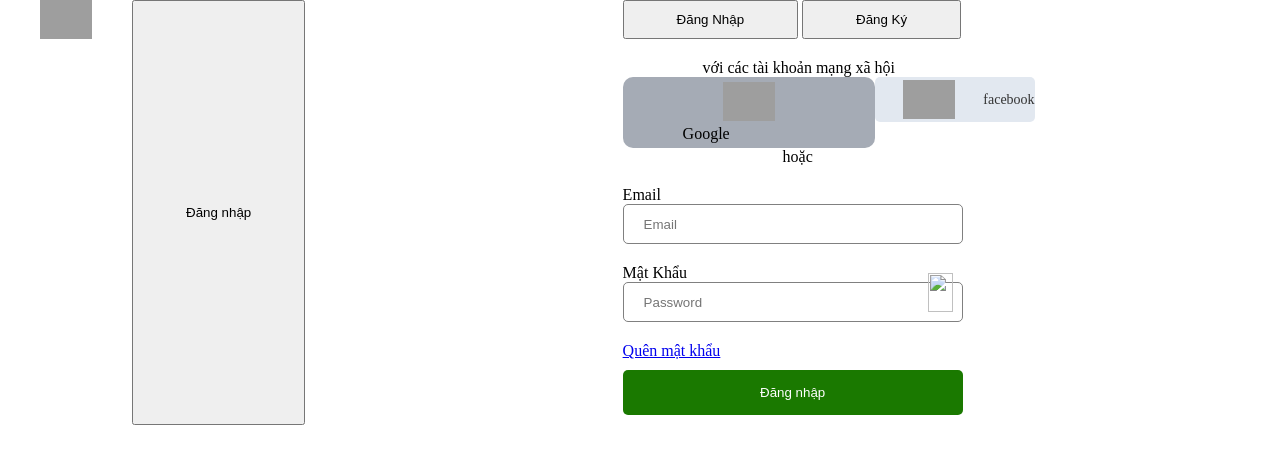
Repository: Dongnguyen318/Quydong
Page: Day 23/index.html
The author's editor kept a copy of each file at every save. The page is drawn from the files as they stood at one save, then again after the next save.
The browser window is 1280 px wide. The pictures show the whole page.
Pictures or frames that could not be fetched are drawn as grey boxes.

Above is the page before, as saved 2023-09-08 20:14:59.

### Day 23/index.html
<!DOCTYPE html>
<html lang="en">
  <head>
    <meta charset="UTF-8" />
    <meta name="viewport" content="width=device-width, initial-scale=1.0" />
    <title>Document</title>
    <link rel="stylesheet" href="./assets/css.css" />
  </head>
  <body>
    <!-- header -->

    <header>
      <div>
        <img
          src="https://cdnweb.dantri.com.vn/dist/static-logo.1-0-1.742f36bc45f3443d0e59.svg"
          alt=""
        />
      </div>
      <button class="btn">Đăng nhập</button>
      <div class="wrapper">
        <div class="btn-wrapper">
          <button class="btn-login">Đăng Nhập</button>
          <button class="btn-login">Đăng Ký</button>
        </div>
        <div class="wrapper-form">
          <span class="wrapper-title">với các tài khoản mạng xã hội</span>
          <div class="wrapper-account">
            <div class="google">
              <img src="./img/1534129544.svg" alt="" />
              <p>Google</p>
            </div>
            <div class="facebook">
              <img src="./img/facebook.png" alt="" />
              <p>facebook</p>
            </div>
          </div>
          <span class="wrapper-or">hoặc</span>
          <div class="wrapper-form">
            <form action="">
              <label for="email-login">Email</label>
              <input
                type="email"
                id="email-login"
                class="email-login"
                placeholder="Email"
              />
              <div class="input-box">
                <label for="password-login">Mật Khẩu</label>
                <input
                  type="password"
                  id="password"
                  class="password-login"
                  placeholder="Password"
                />
                <img id="eye" src="" alt="" />
              </div>
              <p><a href="#">Quên mật khẩu</a></p>
              <button class="btn-asign">Đăng nhập</button>
            </form>
          </div>
        </div>
      </div>
      <script src="./assets/js.js"></script>
    </header>
  </body>
</html>

### Day 23/assets/css.css
* {
  margin: 0;
  padding: 0;
  box-sizing: border-box;
}

header {
  display: flex;
  width: 100%;
  justify-content: space-around;
}
header img {
  height: 39px;
  width: 132px;
}
.wrapper {
  /* display: none; */
}

.wrapper.show {
  display: block;
}

.wrapper {
  margin: 0 auto;
  width: 400px;
  height: auto;
  background: #fff;
  padding: 0 30px;
}
.wrapper-form {
  margin-top: 20px;
}
.wrapper-title {
  margin-left: 80px;
}
.wrapper-or {
  margin-left: 160px;
}
button {
  padding: 10px 52px;
}
img {
  width: 30px;
  object-fit: contain;
}
.wrapper-account {
  display: flex;
  justify-content: space-around;
}
.google,
.facebook {
  background: #a5abb5;
  padding: 5px 60px;
  border-radius: 10px;
}

.email-login {
  width: 100%;
  height: 40px;
  border: 1px solid gray;
  border-radius: 5px;
  padding-left: 20px;
  margin-bottom: 20px;
}
.password-login {
  width: 100%;
  height: 40px;
  border: 1px solid gray;
  border-radius: 5px;
  padding-left: 20px;
  margin-bottom: 20px;
}
.input-box {
  position: relative;
}
.input-box img {
  width: 25px;
  cursor: pointer;
  position: absolute;
  right: 10px;
  bottom: 30px;
}
.btn-asign {
  width: 100%;
  height: 45px;
  border: none;
  border-radius: 5px;
  background: #1a7900;
  color: white;
  margin-top: 10px;
  margin-bottom: 10px;
}
.facebook {
  flex: 0 0 auto;
  max-width: 100%;
  width: calc(50% - 10px);
  border: 0;
  background: #e2e8f0 none;
  border-radius: 5px;
  display: flex;
  align-items: center;
  justify-content: center;
  font-size: 14px;
  line-height: 22px;
  color: #333;
  height: 45px;
  padding: 0;
}

Loaded but not shown: Day 23/assets/js.js (no stored copy; drawn as an empty file)

After the next save:
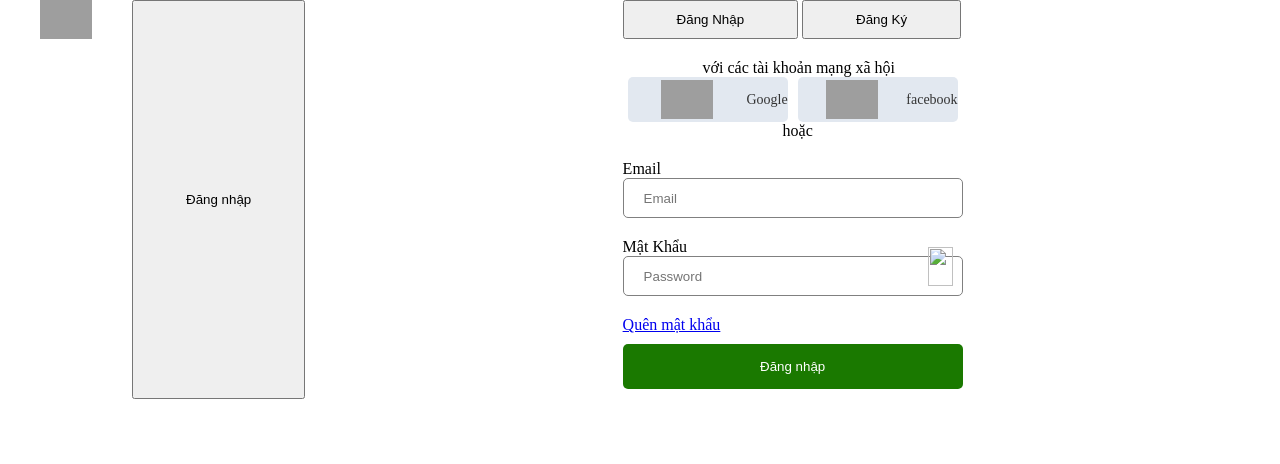
Saved 93 s later.
--- a/Day 23/assets/css.css
+++ b/Day 23/assets/css.css
@@ -107,3 +107,20 @@ img {
   height: 45px;
   padding: 0;
 }
+.google{
+    flex: 0 0 auto;
+    max-width: 100%;
+    width: calc(50% - 10px);
+    border: 0;
+    background: #e2e8f0 none;
+    border-radius: 5px;
+    display: flex;
+    align-items: center;
+    justify-content: center;
+    font-size: 14px;
+    line-height: 22px;
+    color: #333;
+    height: 45px;
+    padding: 0;
+}
+}
